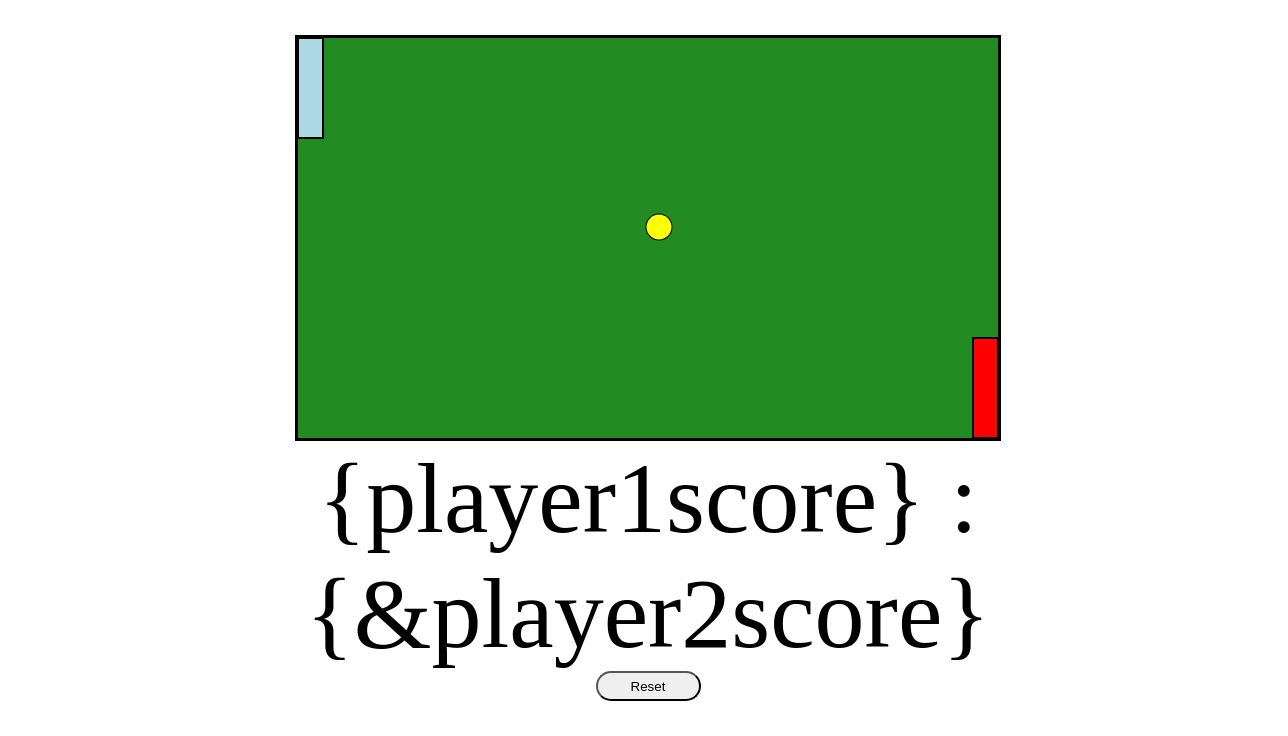
Repository: zacheys123/ping-pong
Page: index.html
These files come from the project's save history. The page is drawn as it stood at one moment and after the next save; the edit follows.
The browser window is 1280 px wide. The page is 1288 px wide, so the pictures cover 1288 px, including what lies to the right of the window. The pictures show the whole page.

Above is the page before, as saved 2023-07-01 00:32:06.

After the next save:
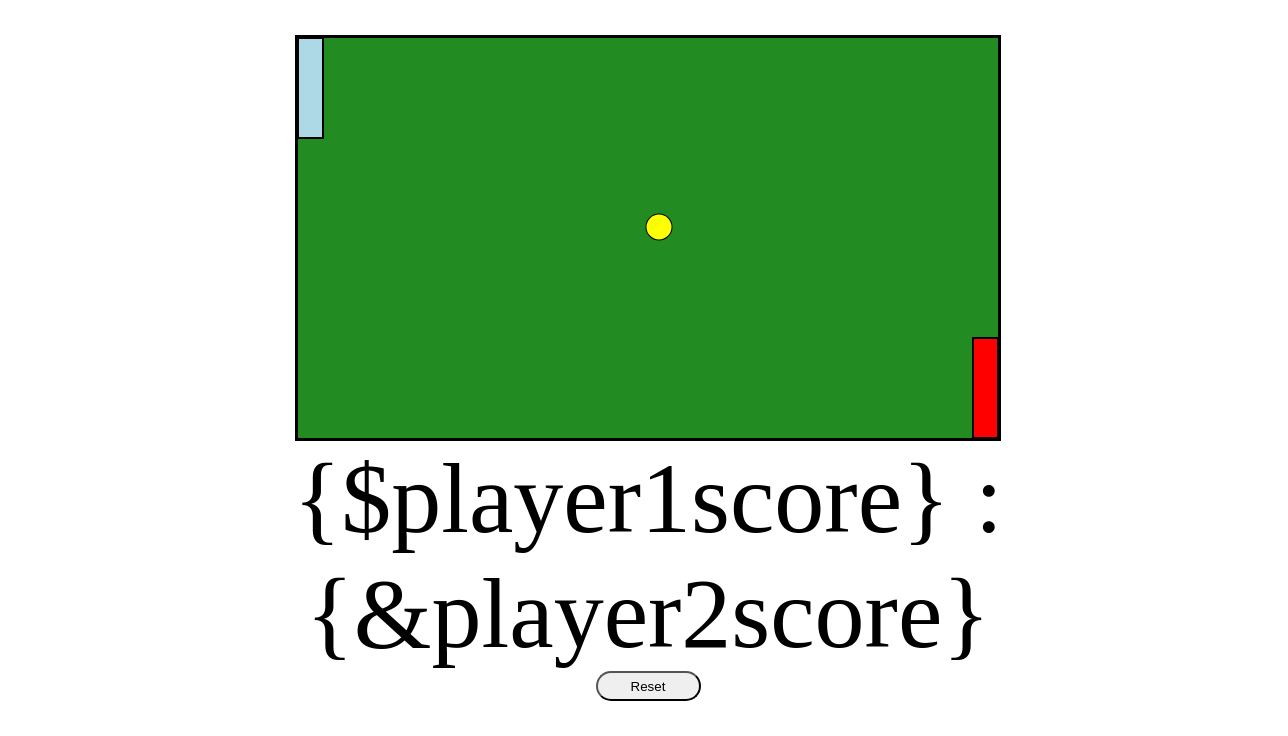
Saved 31 s later.
--- a/index.js
+++ b/index.js
@@ -139,6 +139,6 @@ function drawPaddles() {
 	ctx.strokeRect(paddle2.x, paddle2.y, paddle2.width, paddle2.height);
 }
 function updateScore() {
-	scoreText.textContent = `{player1score} : {&player2score}`;
+	scoreText.textContent = `{$player1score} : {&player2score}`;
 }
 function reset() {}
